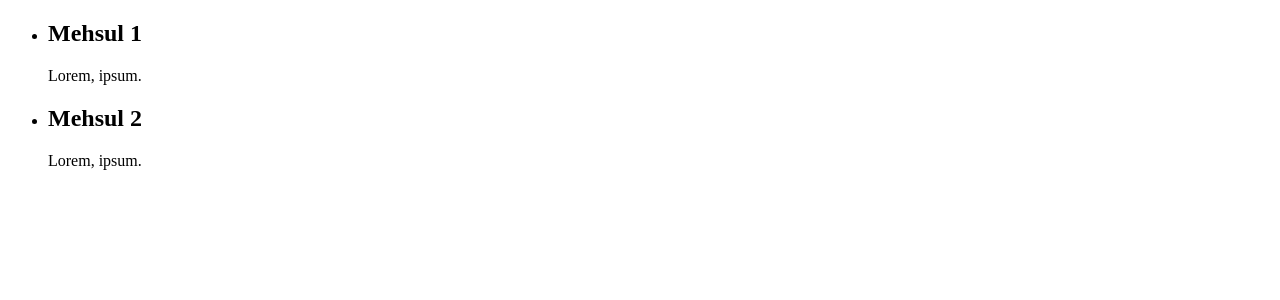
Repository: AytacSafarova/task-111
Page: index.html
These files come from the project's save history. The page is drawn as it stood at one moment and after a run of saves; the edit follows.
The browser window is 1280 px wide. The pictures show the whole page.

Above is the page before, as saved 2023-09-25 11:27:26.

### index.html
<!DOCTYPE html>
<html lang="en">
<head>
  <meta charset="UTF-8">
  <meta name="viewport" content="width=device-width, initial-scale=1.0">
  <title>Document</title>
</head>
<style>
  .text{
    color: yellow;
  }
  .bold-text{
    font-weight: bold;
  }
  .list-1 h2{
color: blue;
  }
li:fir
</style>
<body>
<ul>
  <li>
    <h2>Mehsul 1</h2>
    <p>Lorem, ipsum.</p>
  </li>
  <li>
    <h2>Mehsul 2</h2>
    <p>Lorem, ipsum.</p>
  </li>
</ul>
</body>
</html>

After the next 2 saves:
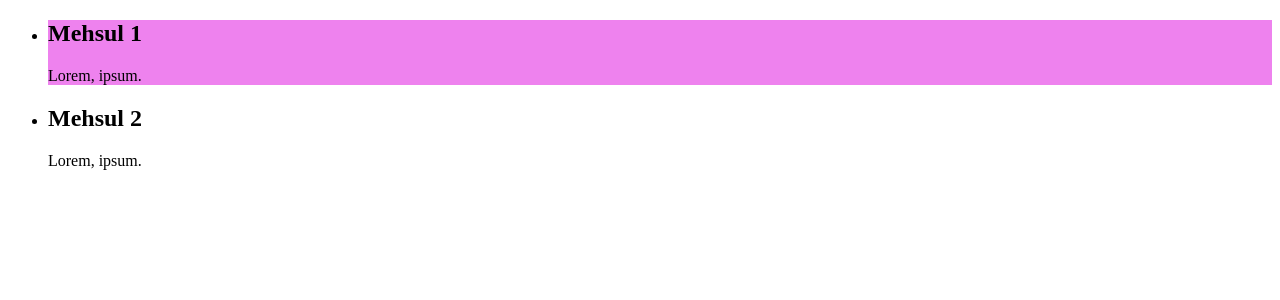
The 2 saves are shown as one change because they came seconds apart.
The last was saved 7 s later.
--- a/index.html
+++ b/index.html
@@ -15,7 +15,9 @@
   .list-1 h2{
 color: blue;
   }
-li:fir
+li:first-child{
+  background-color: violet;
+}
 </style>
 <body>
 <ul>
